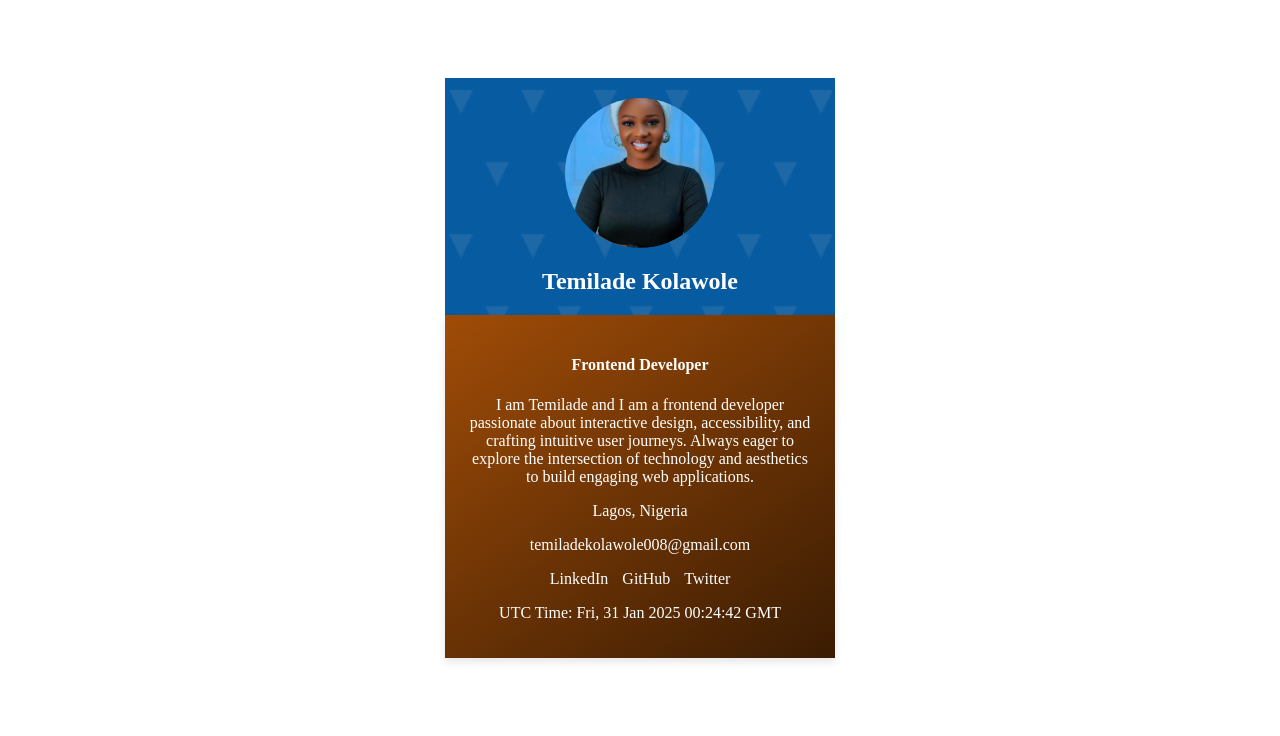
Repository: KolawoleTemilade/ticket-guarantor
Page: profilecard/index..html
These files come from the project's save history. The page is drawn as it stood at one moment and after the next save; the edit follows.
The browser window is 1280 px wide. The pictures show the whole page.

Above is the page before, as saved 2025-02-05 00:44:41.

After the next save:
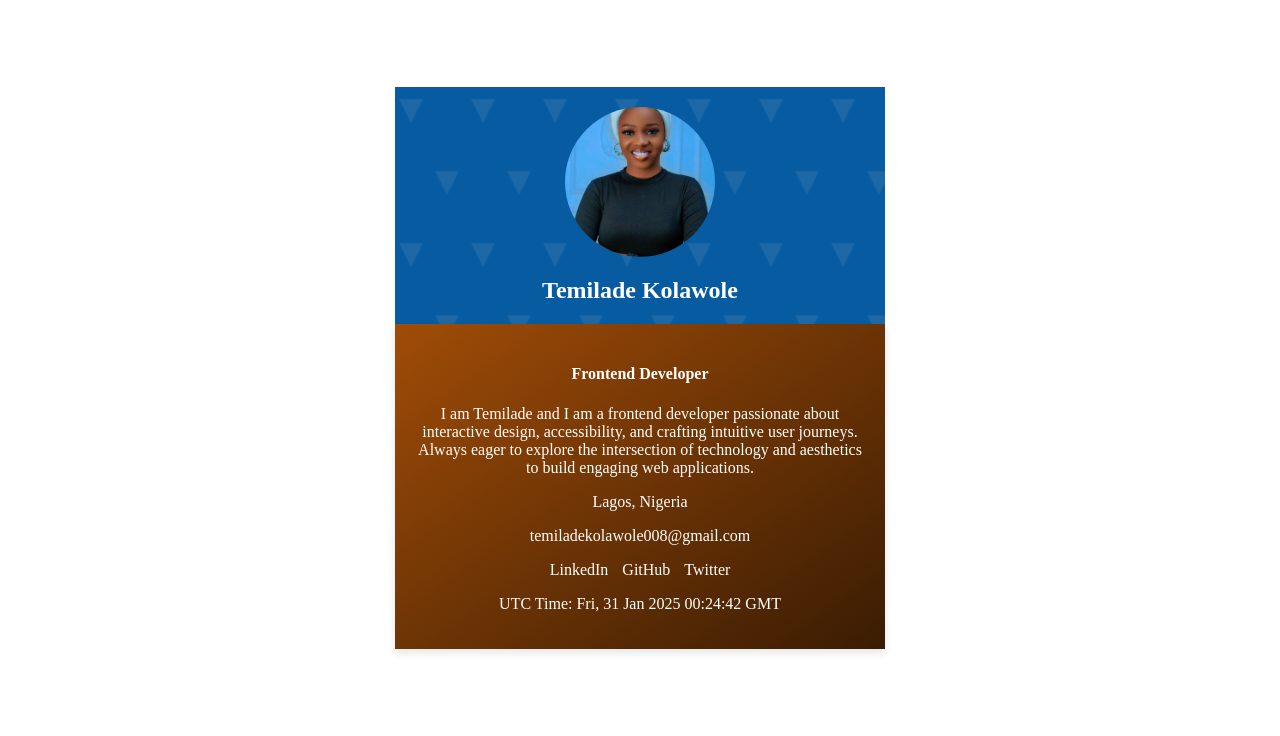
Saved 57 s later.
--- a/profilecard/style.css
+++ b/profilecard/style.css
@@ -11,7 +11,7 @@ body {
   /* border-radius: 10px; */
   box-shadow: 0 4px 8px rgba(0, 0, 0, 0.1);
   text-align: center;
-  max-width: 350px;
+  max-width: 450px;
   width: 100%;
   background: linear-gradient(145deg, #A04C07, #3A1C03);
 }
